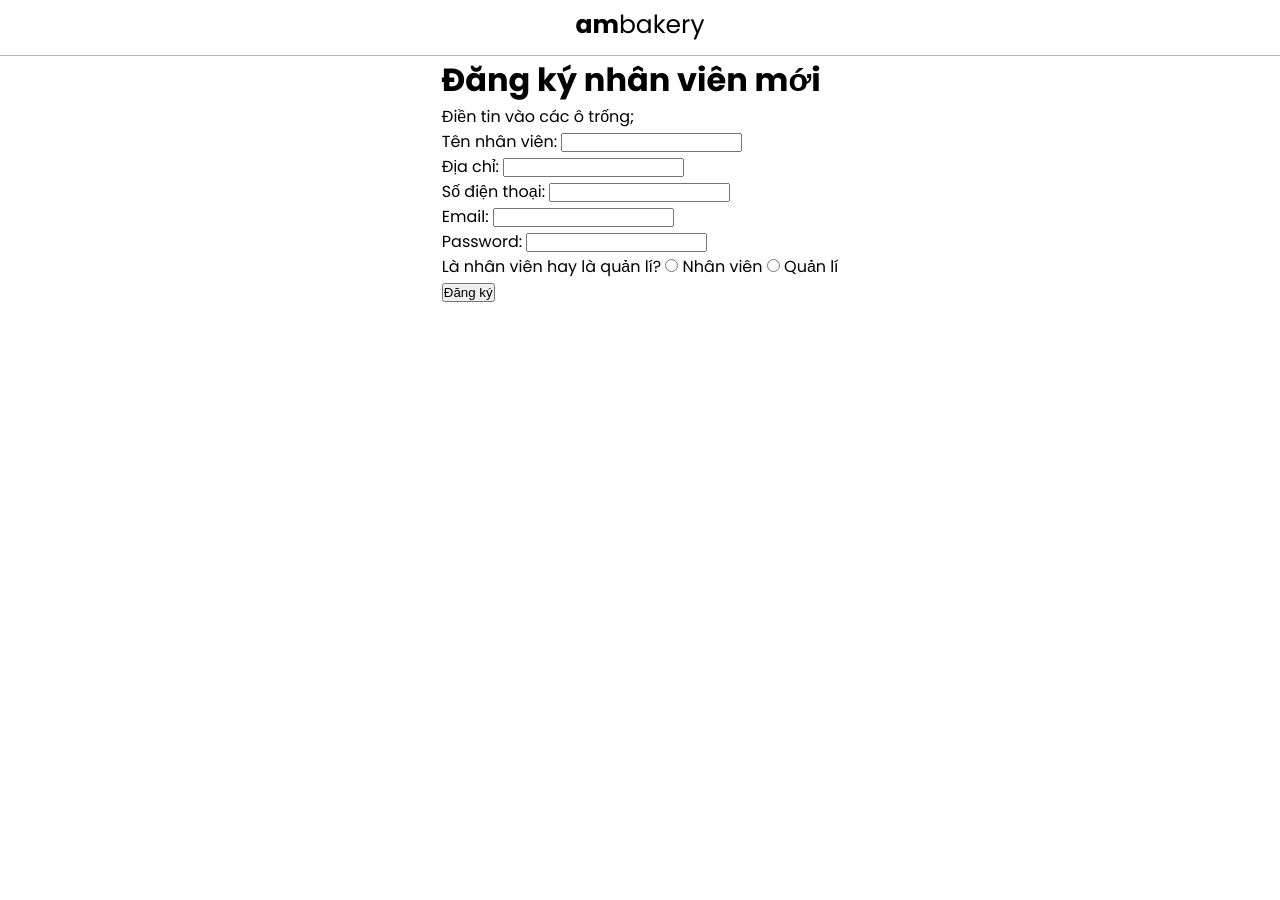
Repository: ntsanq/AmBakery
Page: http://localhost/j2school_Project/admin/dashboard_quanly/form_them_nhanvien.php
These files come from the project's save history. The page is drawn as it stood at one moment and after the next save; the edit follows.
The browser window is 1280 px wide. The pictures show the whole page.
The page is run by PHP 8.4 with error messages shown; the project is at /var/www/html/.

Above is the page before, as saved 2021-12-21 22:49:29.

### admin/dashboard_quanly/form_them_nhanvien.php
<!DOCTYPE html>
<html>
<head>
	<meta charset="utf-8">
	<meta name="viewport" content="width=device-width, initial-scale=1">
	<title>Đăng ký cho nhân viên</title>
	<link rel="stylesheet" href="css/form.css">
	<link href="https://fonts.googleapis.com/css2?family=Poppins:wght@300;400;500;600;700&family=Roboto:wght@500&display=swap0" rel="stylesheet">
</head>
<body>
<header>
        <div id="header">
            <a href="#" class="header__logo" >
                <span><b>am</b>bakery</span>
            </a>
        </div>
    </header>
	<div class="container">
		<form action="them_nhanvien_process.php" method="POST">
			<div >
				<h1>Đăng ký nhân viên mới</h1>
				<p>Điền	 tin vào các ô trống;</p>

				<!-- <label for="ma">Mã nhân viên: </label>
				<input type="text" name="ma">
				<br> -->
				<label for="ten">Tên nhân viên: </label>
				<input type="text" name="ten">
				<br>
				<label for="dia_chi">Địa chỉ: </label>
				<input type="text" name="dia_chi">
				<br>
				<label for="sdt">Số điện thoại: </label>
				<input type="text" name="sdt">
				<br>
				<label for="email">Email: </label>
				<input type="text" name="email">
				<br>
				<label for="mat_khau">Password: </label>
				<input type="password" name="mat_khau">
				<br>
				<label for="cap_do">Là nhân viên hay là quản lí?  </label>
				<input type="radio" name="cap_do" value="0">
				<label for="nhan_vien">Nhân viên </label>
				<input type="radio" name="cap_do" value="1">
				<label for="quan_li">Quản lí </label>
				<br>
				 <input type="submit" id="them_nhanvien_btn" value="Đăng ký">
			</div>
		</form>
	</div>
</body>
</html>

### admin/dashboard_quanly/css/form.css
*{
	margin: 0;
	padding: 0;
}

html{
	box-sizing: border-box;
	font-size: 62.5%; /*10px*/
}

body{
	font-family: "Poppins", sans-serif;
	font-size: 1.6rem;
	height:90rem;
	font-weight: 400;


}
header{
	width: 100%;
	height: 50px;
	font-family: inherit;
	display: flex;
	justify-content: center;
	align-items: center;
	font-size: 1.5rem;
	padding-bottom: 0.5rem;
	border-bottom: 1px solid rgb(187, 179, 179);
	position: relative;
	background-color: white;
}
a{
	text-decoration: none;
	color: black;
}
p{
	margin-bottom: 0%;
}
.header__logo span{
	font-size: 2.5rem;
}
.container{
  width: 1200px;
  margin: 0 auto;
  display: flex;
  justify-content: center;
  align-items: center;
}
.container form{
  margin: 0 auto;
}

After the next save:
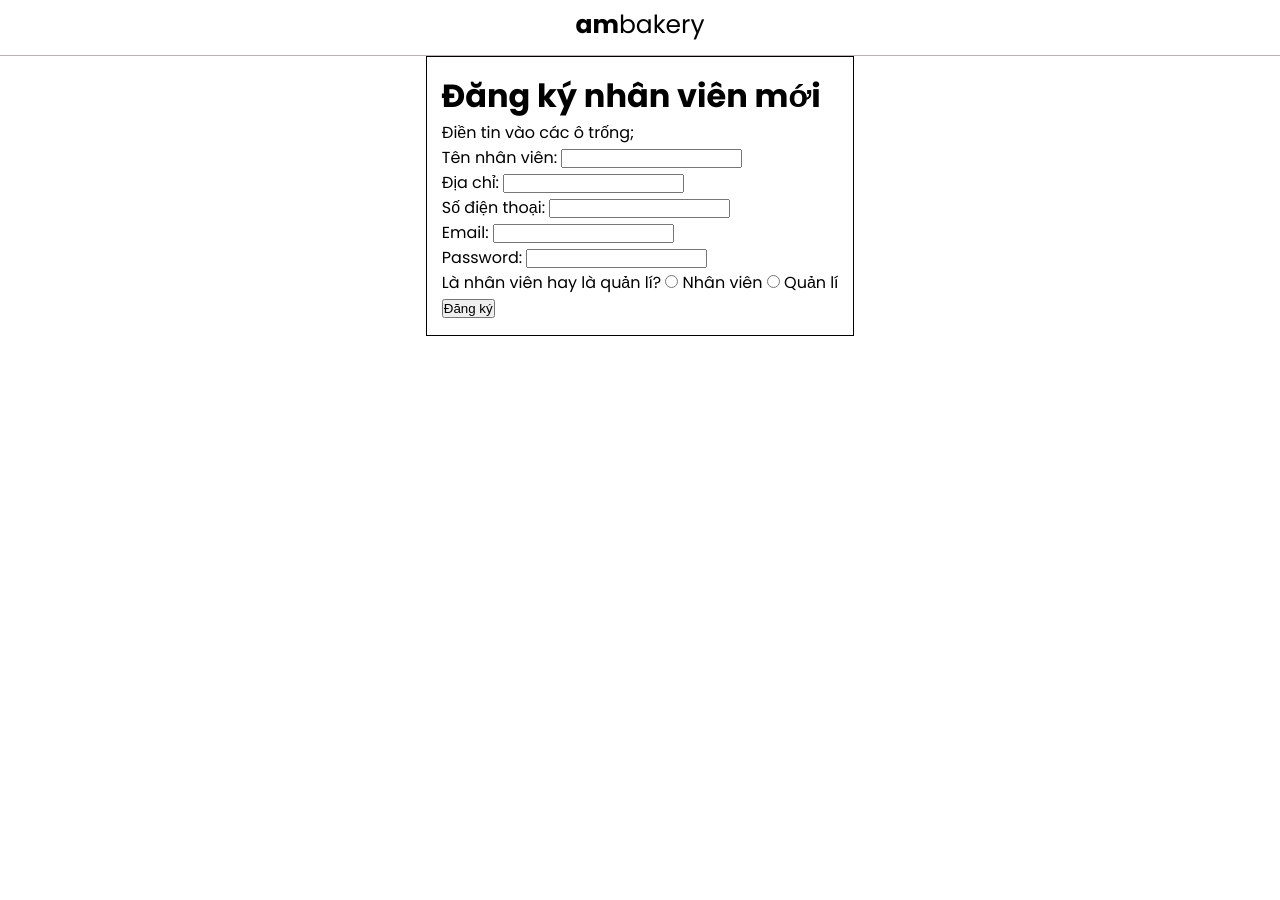
Saved 65 s later.
--- a/admin/dashboard_quanly/css/form.css
+++ b/admin/dashboard_quanly/css/form.css
@@ -48,4 +48,6 @@ p{
 }
 .container form{
   margin: 0 auto;
+  padding: 1.5rem;
+  border: 1px solid #000;
 }
